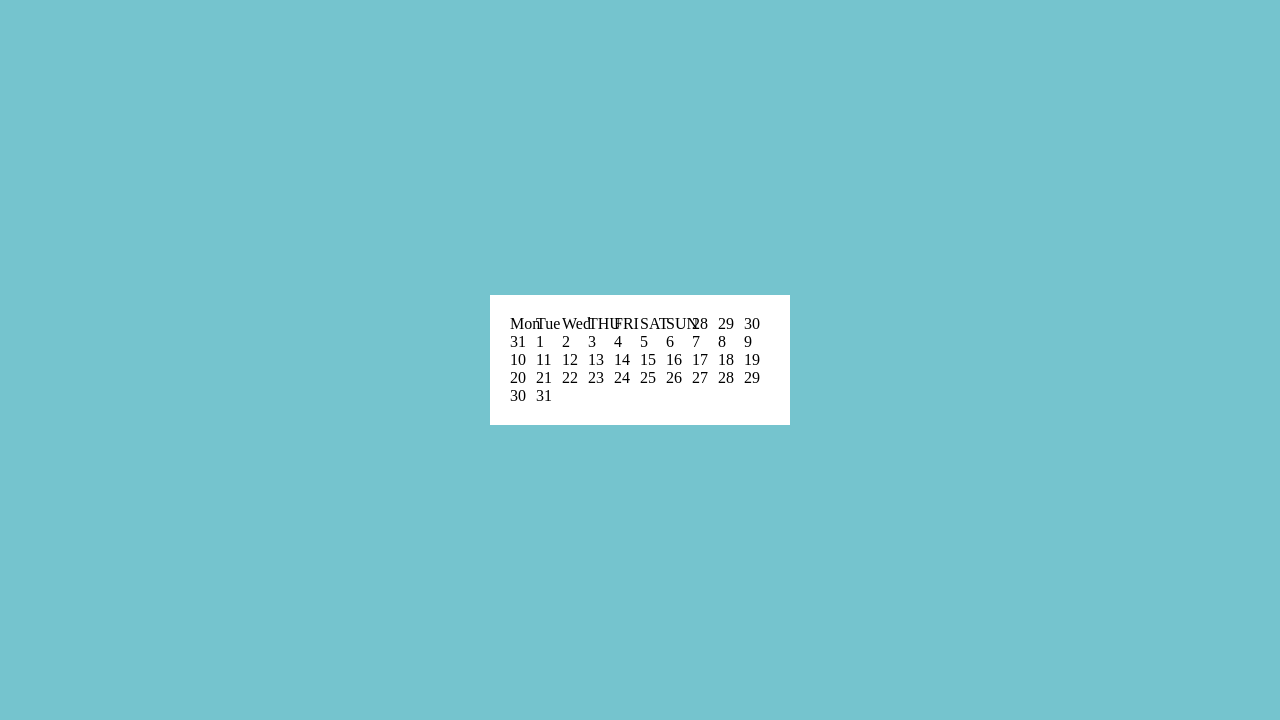
Repository: KYUUBI-K/HTML
Page: За 1 курс/Лаб 4/calendar.html
The author's editor kept a copy of each file at every save. The page is drawn from the files as they stood at one save, then again after the next save.
The browser window is 1280 px wide. The pictures show the whole page.

Above is the page before, as saved 2021-03-30 13:15:13.

After the next save:
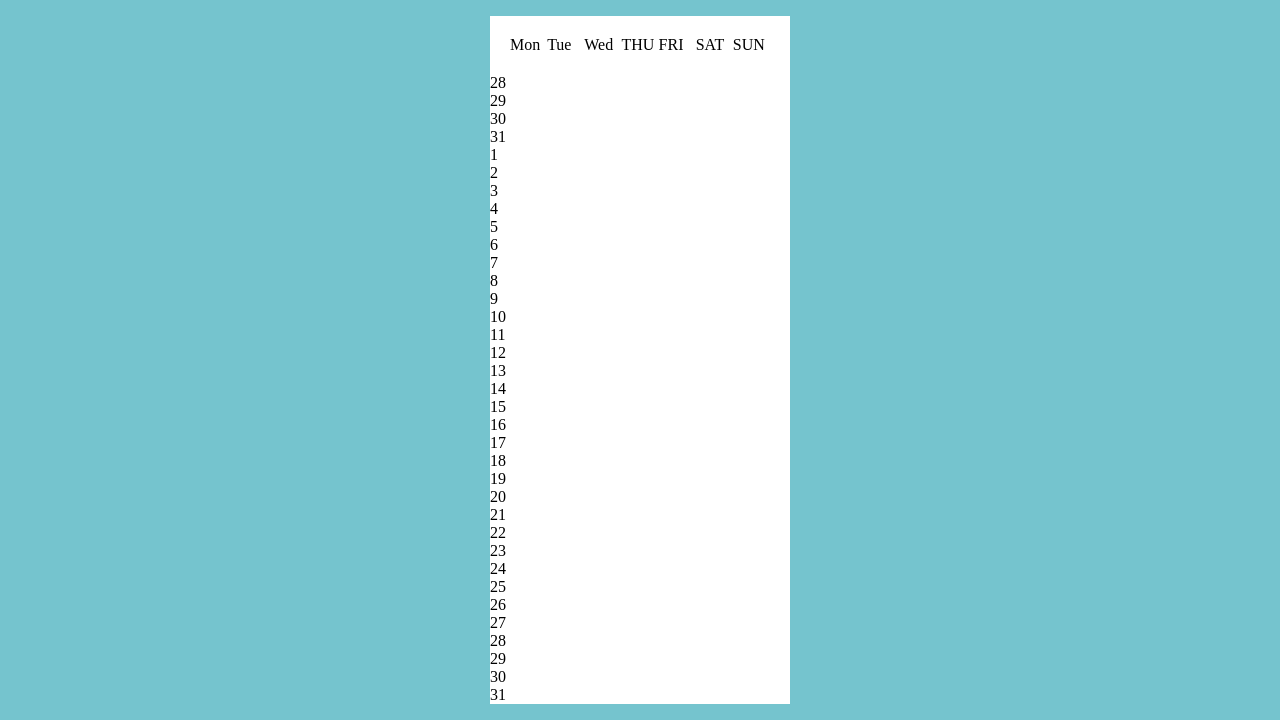
Saved 58 s later.
--- a/За 1 курс/Лаб 4/calendar.html
+++ b/За 1 курс/Лаб 4/calendar.html
@@ -17,6 +17,7 @@
             <div class="day">FRI</div>
             <div class="day">SAT</div>
             <div class="day">SUN</div>
+        </div>
             <div class="number">28</div>
             <div class="number">29</div>
             <div class="number">30</div>

After the save that followed:
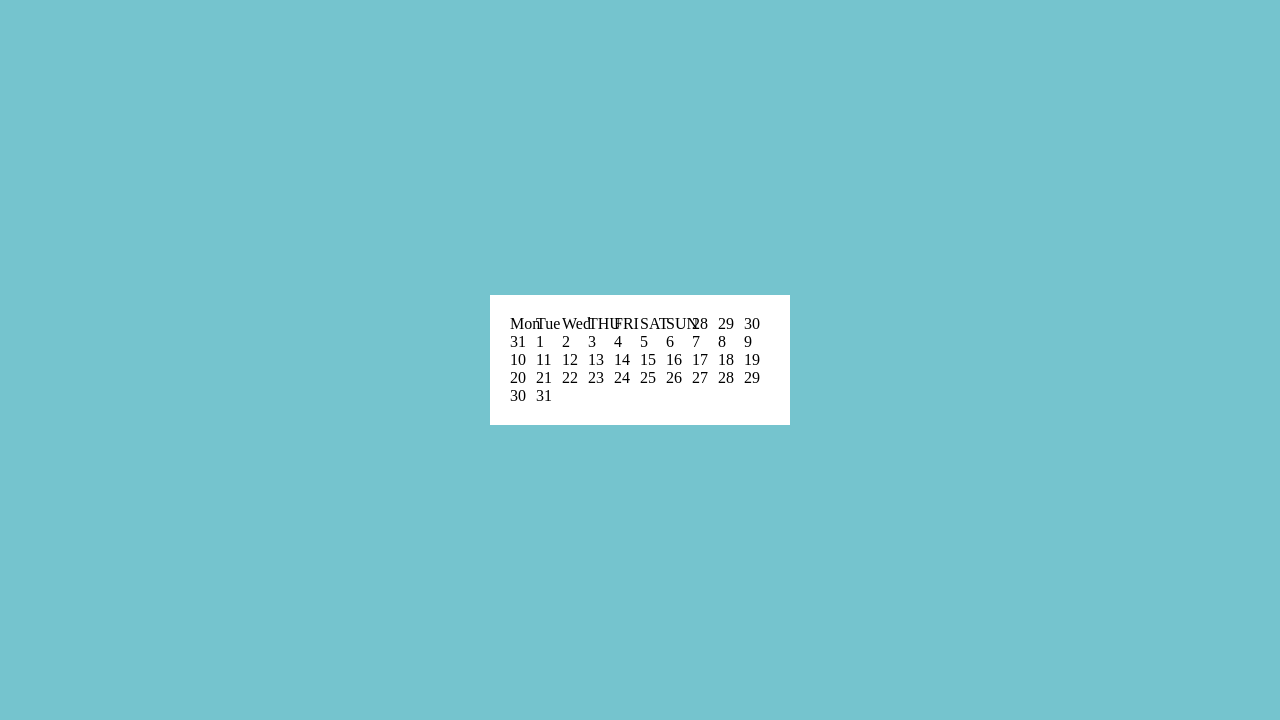
Saved 33 s later.
--- a/За 1 курс/Лаб 4/calendar.html
+++ b/За 1 курс/Лаб 4/calendar.html
@@ -17,7 +17,6 @@
             <div class="day">FRI</div>
             <div class="day">SAT</div>
             <div class="day">SUN</div>
-        </div>
             <div class="number">28</div>
             <div class="number">29</div>
             <div class="number">30</div>
